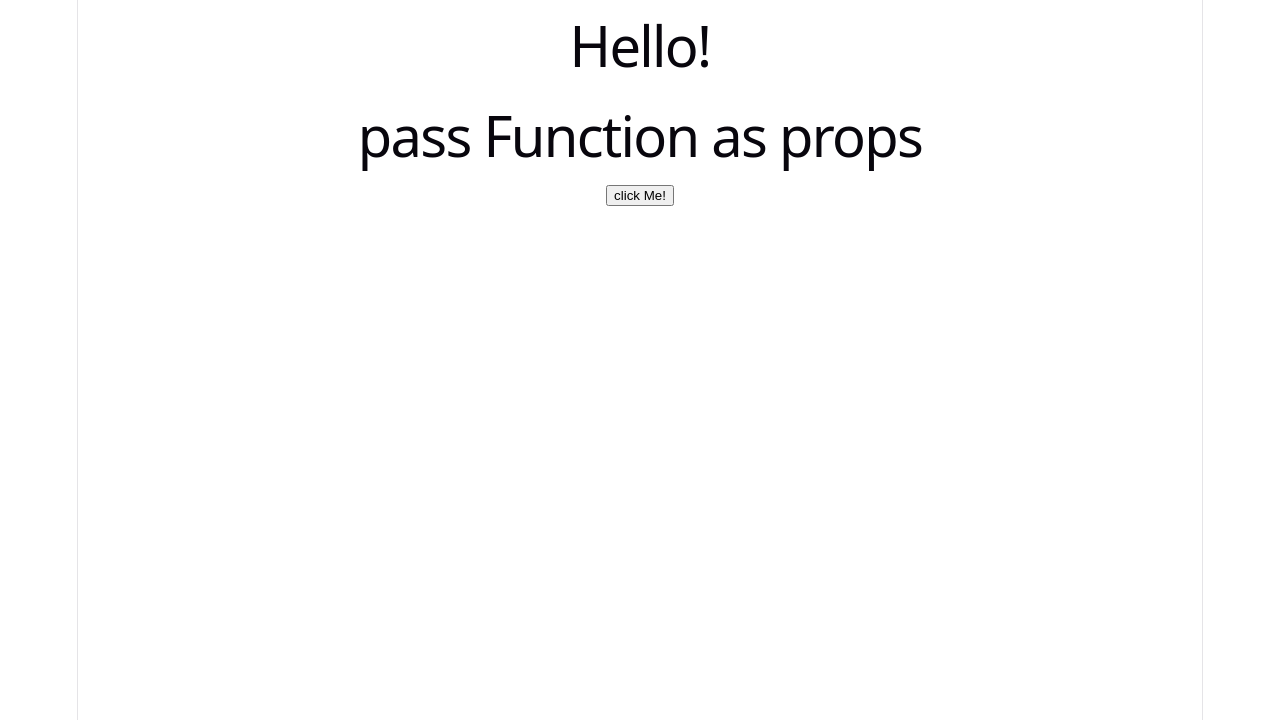
Repository: Gulzarokz/React_Course_Review
Page: / (app in vite-Project/)
An editor plug-in stored every save of this project. The page is shown before and after the next save, followed by the edit.
The browser window is 1280 px wide. The pictures show the whole page.
The project was rebuilt for these pictures with package versions that can differ from the ones it lists, and the page was loaded fresh each time. Also part of the build but not shown: vite-Project/vite.config.js, vite-Project/src/App.css.

Above is the page before, as saved 2026-04-21 14:15:31.

After the next save:
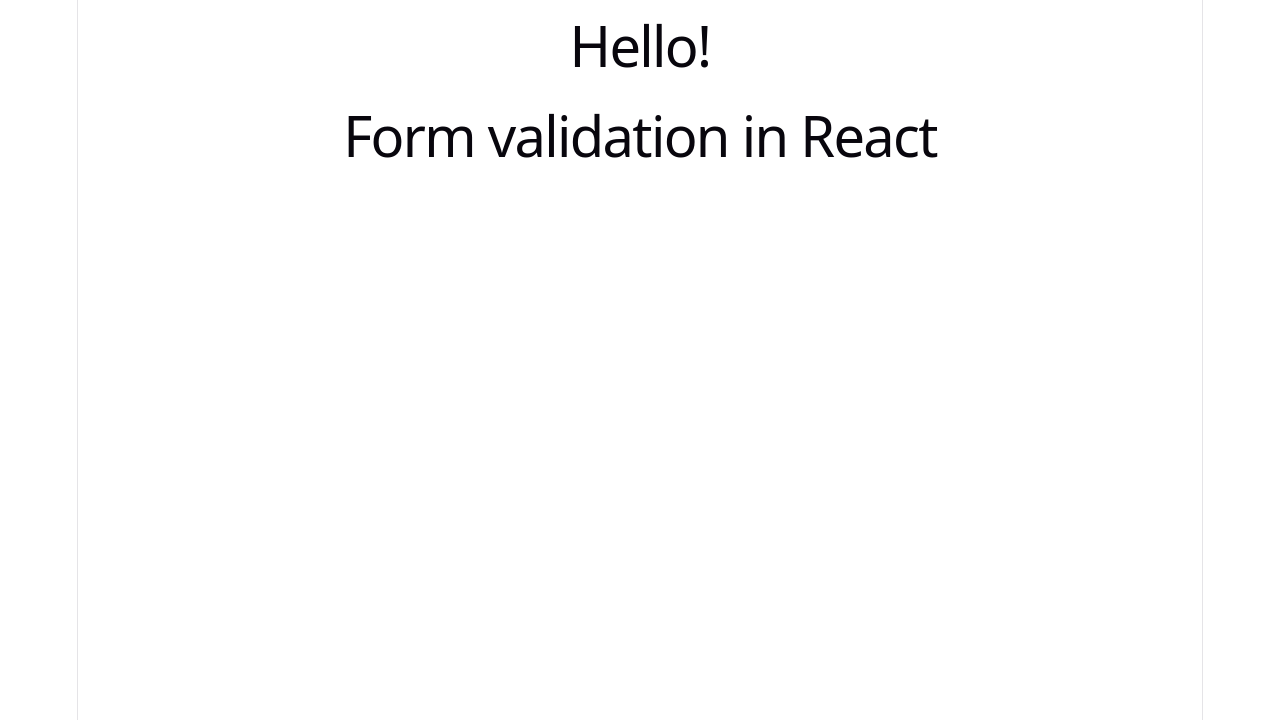
Saved 42 s later.
--- a/vite-Project/src/App.jsx
+++ b/vite-Project/src/App.jsx
@@ -1,15 +1,16 @@
 import './App.css';
-import PassFunctionAsProps from './PassFunctionAsProps';
+import FormValidation from './FormValidation';
+// import PassFunctionAsProps from './PassFunctionAsProps';
 
 function App() {
 
-  function getData() {
-    alert('Hello How are you!')
-  }
+  // function getData() {
+  //   alert('Hello How are you!')
+  // }
   return (
     <>
       <h1>Hello!</h1>
-      <PassFunctionAsProps data={getData} />
+      <FormValidation />
 
 
     </>
